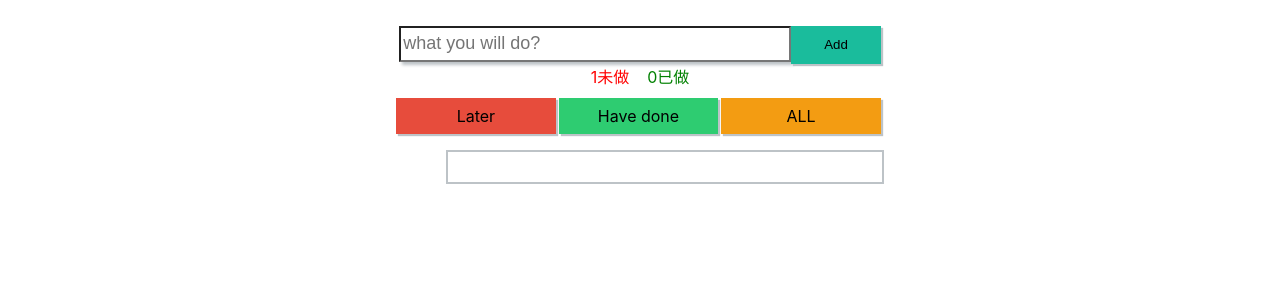
Repository: yurensmile/todolist
Page: /, after clicking the first element matching `button`
These files come from the project's save history. The page is drawn as it stood at one moment and after a run of saves; the edit follows.
The browser window is 1280 px wide. The pictures show the whole page.
The project was rebuilt for these pictures with package versions that can differ from the ones it lists, and the page was loaded fresh each time. Also part of the build but not shown: src/All.js, src/HaveDone.js.

Above is the page before, as saved 2019-03-20 17:44:54.

### src/App.js
import React, { Component } from 'react';
import Todos from './Todos'
import './App.css';

class App extends Component {

  constructor() {
    super();
    this.state={
      inputValue: '',
      laters: [],
      havedones: [],
      checked: false,
      id: 1
    };
    this.updateHavedone = this.updateHavedone.bind(this);
    this.updateLaters = this.updateLaters.bind(this);
  }

  handleOnClick() {
    this.setState(state =>{
      const laters = state.laters.concat(state.inputValue);

      return {
        laters,
        inputValue: ""
      }
    })
    console.log(this.state.all);
  }
  updateInputValue(e) {
    this.setState({
      inputValue: e.target.value
    })
  }

// 点击了三栏内容
  contentOnclick(e) {
    let choice = e.target.innerHTML;
    this.setState((preState)=>{
      switch(choice){
        case "Later": return {id: 1};
        case "Have done": return {id: 2};
        case "ALL": return {id: 3};
        default: return {id:1};
      }
    })
  }

 // 如果todo中的某个被点击，则在todo中删除，并添加到havedone中
  updateHavedone(index, item){
    this.setState(state => {
      let n = state.laters.indexOf(item);
      let tem = state.laters.slice();
      tem.splice(n, 1);
      let havedones = state.havedones.concat(item);
      return ({
        havedones,
        laters: tem
      })
    })
  }

// 如果havedone中的某个被点击，则在havedone中删除，并添加到later中
  updateLaters(index, item){
    console.log("this is updatelaters");
    this.setState(state => {
      let n = state.havedones.indexOf(item);
      let tem = state.havedones.slice();
      tem.splice(n, 1);
      let laters = state.laters.concat(item);
      return({
        laters,
        havedones: tem
      })
    })
  }

  render() {
    return (
      <div className="App">
        <input type="text" placeholder="what you will do?" name="todo" value={this.state.inputValue} onChange={this.updateInputValue.bind(this)}/>
        <button onClick={this.handleOnClick.bind(this)}>Add</button><br/>
        <span style={{color: "red"}}>{this.state.laters.length}未做&nbsp;&nbsp;&nbsp;&nbsp;</span>
        <span style={{color: "green"}}>{this.state.havedones.length}已做</span>
        <div id="content" onClick={this.contentOnclick.bind(this)}>
          <div className="choice later">Later</div>
          <div className="choice havedone" >Have done</div>
          <div className="choice all">ALL</div>
        </div>
        {/* 列表内容 */}
        <Todos
          id={this.state.id}
          laters={this.state.laters}
          havedones={this.state.havedones}
          all={this.state.all}
          updateHavedones={this.updateHavedone}
          updateLaters={this.updateLaters}
        />
      </div>
    );
  }
}

export default App;

### src/Todos.js
import React, { Component } from 'react';
import All from './All'
import HaveDone from './HaveDone'
import Later from './Later'

class Todos extends Component{

  render(){
    return(
      <div>
        {
          (()=>{
            switch(this.props.id){
              case 1: return <Later laters={this.props.laters}
                                  updateHavedones={this.props.updateHavedones}
                                  />;
              case 2: return <HaveDone havedones={this.props.havedones}
                                  updateLaters={this.props.updateLaters}
                                  />;
              case 3: return <All laters={this.props.laters} havedones={this.props.havedones}/>
              default: console.log("sofunny");
            }

          })()}
      </div>
    )
  }
}
export default Todos;

### src/App.css
.App {
  margin-top: 2%;
  text-align: center;
}

input[type="checkbox"]{
  visibility: hidden;
}

ul{
  list-style-type: none;
}
li{
  display: inline-block;
  width: 35%;
  line-height: 30px;
  height: 30px;
  margin-bottom: 4px;
  margin-left: -10px;
  border: 2px solid rgba(189, 195, 199,1.0);
}
.choice{
  margin-top: 10px;
  margin-right: 3px;
  box-shadow: 2px 2px 1px rgba(189, 195, 199,1.0);
  display: inline-block;
  width: 12%;
  height: 30px;
  text-align: center;
  line-height: 30px;
  border:3px solid rgb(197, 193, 193);
}
.later{
  /* border-color: red; */
  background-color: rgba(231, 76, 60,1.0);
  border-color: rgba(231, 76, 60,1.0);
}
.havedone{
  /* border-color: green; */
  background-color:rgba(46, 204, 113,1.0);
  border-color: rgba(46, 204, 113,1.0);
}
.all{
  background-color: rgba(243, 156, 18,1.0);
  border-color:rgba(243, 156, 18,1.0);
}

.toggle{
  display: inline-block;
}
.App-link {
  color: #61dafb;
}
input[type="text" ]{
  width: 30%;
  height: 30px;
  box-shadow: 3px 3px 3px rgba(189, 195, 199,1.0);
  font-size: 18px;
}

button{
  background-color: rgba(26, 188, 156,1.0);
  border: 0px;
  width: 7%;
  height: 38px;
  box-shadow: 2px 2px 1px rgba(189, 195, 199,1.0);
}

#content{
  margin-left: auto;
  margin-right: auto;
}

### src/Later.js
import React, { Component } from 'react';

class Later extends Component{
  constructor(props){
    super(props);
    this.state = {
      checked: false,
    };
  }

  // 点击了todo 列表的内容
  handleTodoOnclick(checked, index, item, e){
    // if e.target is not text
        // let box = e.target.previousSibling;
        this.setState((preState)=>{
          return {checked: !preState.checked}
        });
        if(checked){
          // thing to later
          // box.checked = false;
        }else{
          // thing to have done
          // box.checked = true;
  //如果later中的某个被点击，则在later中删除，并添加到havedone中
          this.props.updateHavedones(index, item);
        }
      }
  render(){
    return (
      <ul>
        {this.props.laters.map((item, index)=>{
          return (
            <div onClick={
              this.handleTodoOnclick.bind(this, this.state.checked, index, item)
              }>
              <input className="toggle" type="checkbox"/>
              <li class="left" style={{color: "red"}} key={index}>{item}</li>
            </div>
          )
        })}
      </ul>
    )
  }
}

export default Later;

Loaded but not shown: public/index.html (common file); src/index.js (common file); src/index.css (common file); src/serviceWorker.js (common file)

After the next 5 saves:
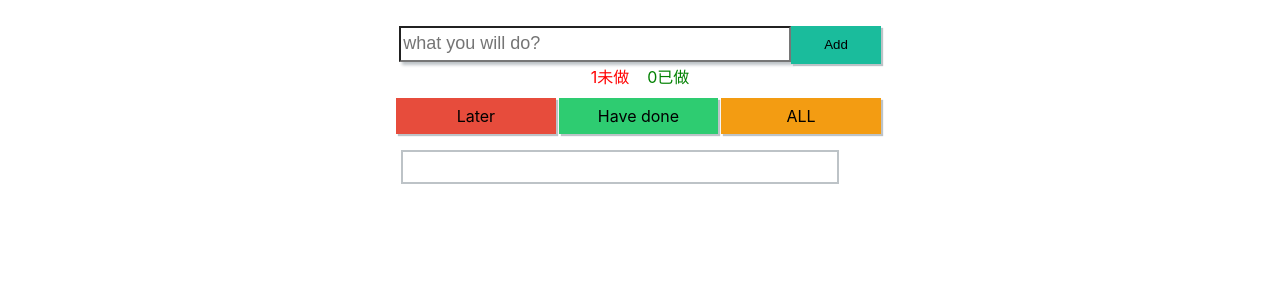
The 5 saves are shown as one change because they came seconds apart.
The last was saved 28 s later.
--- a/src/App.css
+++ b/src/App.css
@@ -16,7 +16,7 @@ li{
   line-height: 30px;
   height: 30px;
   margin-bottom: 4px;
-  margin-left: -10px;
+  margin-left: -8%;
   border: 2px solid rgba(189, 195, 199,1.0);
 }
 .choice{
